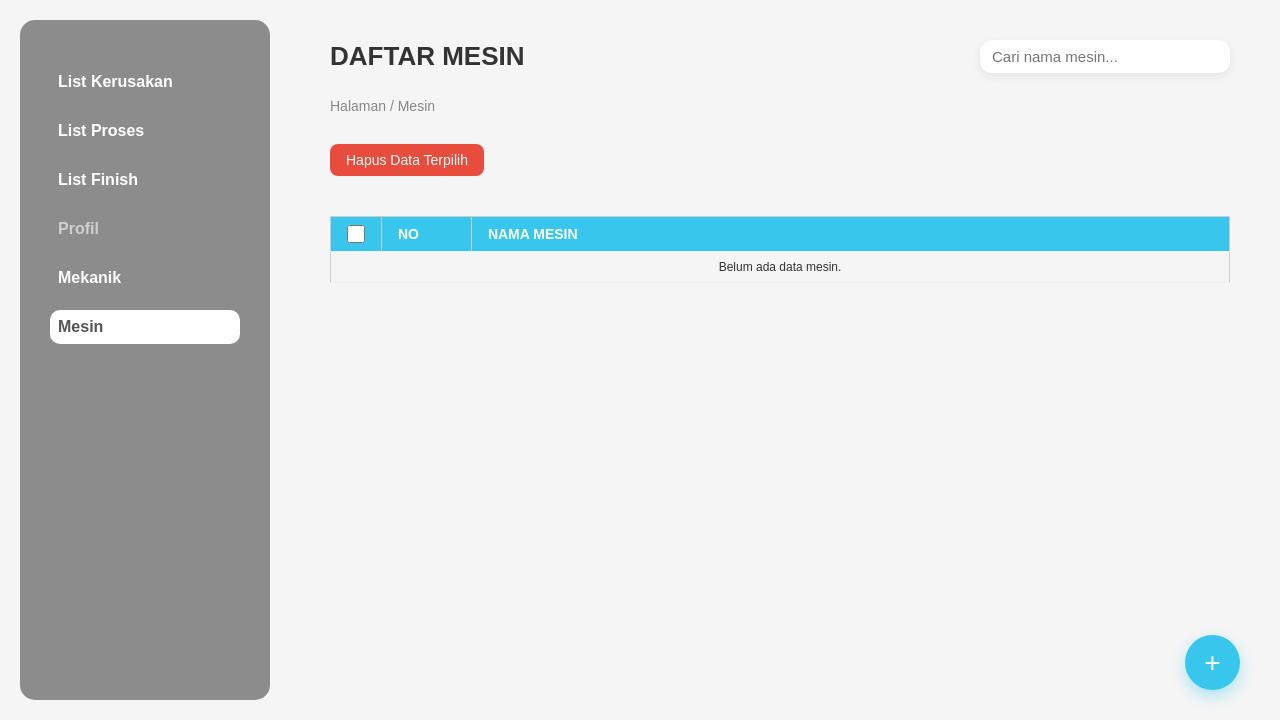
Repository: 1rHub/maintenance
Page: http://localhost/mesin.php
These files come from the project's save history. The page is drawn as it stood at one moment and after a run of saves; the edit follows.
The browser window is 1280 px wide. The pictures show the whole page.
The page is run by PHP 8.4 with error messages shown; the project is at /var/www/html/. Queries for data that is not in the repository find no rows.

Above is the page before, as saved 2025-10-21 15:12:13.

### mesin.php
<?php
include "koneksi.php";
include "sidebar.php";

// === Tambah Mesin ===
if ($_SERVER["REQUEST_METHOD"] === "POST" && isset($_POST["tambah_mesin"])) {
    $nama = trim($_POST["nama_mesin"]);
    if ($nama !== "") {
        mysqli_query($conn, "INSERT INTO mesin (nama_mesin) VALUES ('$nama')");
    }
    header("Location: mesin.php");
    exit;
}

// === Hapus Mesin (multi delete) ===
if ($_SERVER["REQUEST_METHOD"] === "POST" && isset($_POST["hapus_laporan"])) {
    if (!empty($_POST["selected_id"])) {
        $ids = implode(",", array_map('intval', $_POST["selected_id"]));
        mysqli_query($conn, "DELETE FROM mesin WHERE id IN ($ids)");
    }
    header("Location: mesin.php");
    exit;
}

// === Ambil Semua Mesin ===
$result = mysqli_query($conn, "SELECT * FROM mesin ORDER BY id ASC");
$mesin_list = mysqli_fetch_all($result, MYSQLI_ASSOC);
?>
<!DOCTYPE html>
<html lang="id">

<head>
    <meta charset="UTF-8">
    <title>Data Mesin</title>
    <link rel="stylesheet" href="assets/css/style.css">
    <style>
        body {
            font-family: 'Poppins', sans-serif;
        }

        /* === MAIN CONTAINER === */
        .main-container {
            margin-left: 30px;
            padding: 40px 10px 80px;
            overflow-x: hidden;
        }

        #mesinTable {
            width: 100%;
            min-width: 900px;
            table-layout: auto;
        }

        .header-row {
            display: flex;
            align-items: center;
            justify-content: space-between;
            margin-bottom: 25px;
        }

        h1 {
            font-size: 26px;
            font-weight: 700;
            color: #333;
            margin: 0;
        }

        .breadcrumb {
            color: #888;
            font-size: 14px;
            margin-bottom: 30px;
        }

        /* === SEARCH BOX === */
        .search-box {
            display: flex;
            align-items: center;
            background: #fff;
            border-radius: 12px;
            box-shadow: 0 3px 10px rgba(0, 0, 0, 0.08);
            padding: 8px 12px;
            width: 250px;
        }

        .search-box input {
            flex: 1;
            border: none;
            outline: none;
            background: transparent;
            font-size: 15px;
        }

        .table {
            width: 100%;
            border-collapse: collapse;
            table-layout: fixed;
            min-width: 700px;
        }

        th,
        td {
            padding: 8px 16px;
            border-bottom: 1px solid #eee;
        }

        th {
            background: #39c6ed;
            color: white;
            text-transform: uppercase;
            font-size: 14px;
        }

        td {
            color: #333;
            font-weight: 500;
        }

        /* === CHECKBOX === */
        input[type="checkbox"] {
            width: 18px;
            height: 18px;
            cursor: pointer;
        }

        /* === BUTTON HAPUS DI LUAR TABEL === */
        .hapus-btn {
            background: #e74c3c;
            color: #fff;
            border: none;
            padding: 8px 16px;
            border-radius: 8px;
            font-size: 14px;
            cursor: pointer;
            transition: 0.2s;
            margin-bottom: 20px;
        }

        .hapus-btn:hover {
            background: #c0392b;
            transform: scale(1.05);
        }

        /* === FLOATING ADD BUTTON === */
        .float-btn {
            position: fixed;
            bottom: 30px;
            right: 40px;
            background-color: #39c6ed;
            color: #fff;
            font-size: 28px;
            width: 55px;
            height: 55px;
            border-radius: 50%;
            border: none;
            box-shadow: 0 6px 15px rgba(57, 198, 237, 0.4);
            cursor: pointer;
            transition: 0.3s ease;
        }

        .float-btn:hover {
            background-color: #2da8cf;
            transform: scale(1.1);
        }

        .popup {
            display: none;
            position: fixed;
            top: 0;
            left: 0;
            width: 100%;
            height: 100%;
            background: rgba(0, 0, 0, 0.4);
            justify-content: center;
            align-items: center;
            z-index: 999;
        }

        .popup-content {
            background: #fff;
            border-radius: 12px;
            padding: 20px 30px;
            box-shadow: 0 5px 15px rgba(0, 0, 0, 0.2);
            animation: fadeIn 0.2s ease;
        }

        .close-btn2 {
            float: right;
            font-size: 22px;
            cursor: pointer;
        }

        .popup-content form input[type="text"] {
            width: 100%;
            padding: 10px;
            margin-bottom: 12px;
            border: 1px solid #ccc;
            border-radius: 6px;
        }

        .popup-content button {
            background: #39c6ed;
            color: #fff;
            border: none;
            padding: 8px 16px;
            border-radius: 6px;
            cursor: pointer;
        }

        .popup-content button:hover {
            background: #2da8cf;
        }

        /* === POPUP TAMBAH MESIN === */
        #popupTambah .popup-content {
            width: 400px;
            max-width: 90%;
        }

        /* === POPUP RIWAYAT MESIN === */
        #popupRiwayatMesin .popup-content {
            width: 90%;
            max-width: 1100px;
            /* bisa kamu ubah ke 1000–1200px sesuai selera */
            overflow-x: auto;
            max-height: 85vh;
        }

        #popupRiwayatMesin table {
            width: 100%;
            border-collapse: collapse;
            margin-top: 10px;
        }

        #popupRiwayatMesin th,
        #popupRiwayatMesin td {
            padding: 8px 10px;
            border-bottom: 1px solid #eee;
            text-align: left;
        }

        #popupRiwayatMesin th {
            background: #39c6ed;
            color: #fff;
            font-size: 14px;
            text-transform: uppercase;
        }
    </style>
</head>

<body>
    <div class="main-container">

        <!-- === HEADER ROW === -->
        <div class="header-row">
            <h1>DAFTAR MESIN</h1>
            <div class="search-box">
                <input type="text" id="searchMesin" placeholder="Cari nama mesin...">
            </div>
        </div>
        <p class="breadcrumb">Halaman / Mesin</p>

        <!-- === BUTTON HAPUS DI LUAR TABEL === -->
        <form method="POST" id="formHapus">
            <button type="button" class="hapus-btn" onclick="showHapusPopup()">Hapus Data Terpilih</button>

            <div class="table-wrapper">
                <table id="mesinTable" class="table">
                    <thead>
                        <tr>
                            <th style="width:5%; text-align:center;"><input type="checkbox" id="selectAll"></th>
                            <th style="width:10%;">No</th>
                            <th>Nama Mesin</th>
                        </tr>
                    </thead>
                    <tbody>
                        <?php if (count($mesin_list) > 0): ?>
                            <?php $no = 1;
                            foreach ($mesin_list as $m): ?>
                                <tr class="data-row">
                                    <td style="text-align:center;">
                                        <input type="checkbox" name="selected_id[]" value="<?= $m['id'] ?>">
                                    </td>
                                    <td><?= $no++ ?></td>
                                    <td>
                                        <a href="#" onclick="openRiwayatMesin('<?= htmlspecialchars($m['nama_mesin']) ?>')">
                                            <?= htmlspecialchars($m['nama_mesin']) ?>
                                        </a>
                                    </td>
                                </tr>
                            <?php endforeach; ?>
                        <?php else: ?>
                            <tr>
                                <td colspan="3" style="text-align:center;">Belum ada data mesin.</td>
                            </tr>
                        <?php endif; ?>
                    </tbody>
                </table>
            </div>
        </form>

    </div>

    <!-- ➕ Floating Add Button -->
    <button class="float-btn" onclick="openTambahPopup()">+</button>

    <!-- === POPUP TAMBAH (SAMA SEPERTI KODEMU) === -->
    <div class="popup" id="popupTambah">
        <div class="popup-content">
            <span class="close-btn2" onclick="closeTambahPopup()">&times;</span>
            <h2>Tambah Mesin Baru</h2>
            <form method="POST">
                <input type="text" name="nama_mesin" placeholder="Nama mesin baru" required>
                <button type="submit" name="tambah_mesin">Tambah</button>
            </form>
        </div>
    </div>

    <!-- === POPUP RIWAYAT (SAMA SEPERTI KODEMU) === -->
    <div class="popup" id="popupRiwayatMesin">
        <div class="popup-content" style="max-width:900px;">
            <span class="close-btn2" onclick="closeRiwayatMesin()">&times;</span>
            <h2 id="riwayatMesinTitle">Riwayat Mesin</h2>
            <table>
                <thead>
                    <tr>
                        <th>Tanggal</th>
                        <th>Pelapor</th>
                        <th>Divisi</th>
                        <th>Keterangan</th>
                        <th>Mekanik</th>
                        <th>Pesan Mekanik</th>
                        <th>Kategori</th>
                    </tr>
                </thead>
                <tbody id="riwayatMesinTable">
                    <tr>
                        <td colspan="7" style="text-align:center;">Pilih mesin untuk melihat riwayat.</td>
                    </tr>
                </tbody>
            </table>
        </div>
    </div>

    <!-- === POPUP KONFIRMASI HAPUS === -->
    <div class="popup" id="popupHapus">
        <div class="popup-content" style="width:380px; text-align:center;">
            <h3 style="margin-bottom:15px;">Konfirmasi Hapus</h3>
            <p style="color:#555; margin-bottom:25px;">Apakah kamu yakin ingin menghapus data mesin terpilih?</p>
            <div style="display:flex; justify-content:center; gap:15px;">
                <button onclick="closeHapusPopup()"
                    style="background:#ccc; border:none; color:#333; padding:8px 14px; border-radius:6px; cursor:pointer;">Batal</button>
                <button id="btnHapusYa"
                    style="background:#e74c3c; border:none; color:white; padding:8px 14px; border-radius:6px; cursor:pointer;">Ya,
                    Hapus</button>
            </div>
        </div>
    </div>


    <script>
        // === SELECT ALL CHECKBOX ===
        document.getElementById('selectAll').addEventListener('change', function () {
            const checkboxes = document.querySelectorAll('input[name="selected_id[]"]');
            checkboxes.forEach(cb => cb.checked = this.checked);
        });

        // === LIVE SEARCH ===
        document.getElementById('searchMesin').addEventListener('input', function () {
            const query = this.value.toLowerCase();
            const rows = document.querySelectorAll('#mesinTable tbody tr.data-row');
            let visible = 0;
            rows.forEach(row => {
                const nama = row.cells[2].textContent.toLowerCase();
                if (nama.includes(query)) {
                    row.style.display = '';
                    visible++;
                } else {
                    row.style.display = 'none';
                }
            });

            const tbody = document.querySelector('#mesinTable tbody');
            let emptyRow = document.getElementById('noResultRow');
            if (visible === 0) {
                if (!emptyRow) {
                    emptyRow = document.createElement('tr');
                    emptyRow.id = 'noResultRow';
                    emptyRow.innerHTML = `<td colspan="3" style="text-align:center; height:60px; color:#888;">Tidak ada mesin yang cocok.</td>`;
                    tbody.appendChild(emptyRow);
                }
            } else if (emptyRow) {
                emptyRow.remove();
            }
        });

        // === POPUP TAMBAH MESIN ===
        function openTambahPopup() {
            document.getElementById('popupTambah').style.display = 'flex';
        }

        function closeTambahPopup() {
            document.getElementById('popupTambah').style.display = 'none';
        }

        // === POPUP RIWAYAT MESIN ===
        function openRiwayatMesin(nama) {
            document.getElementById('riwayatMesinTitle').textContent = "Riwayat Mesin: " + nama;
            document.getElementById('popupRiwayatMesin').style.display = 'flex';
        }

        function closeRiwayatMesin() {
            document.getElementById('popupRiwayatMesin').style.display = 'none';
        }

        // === POPUP VALIDASI HAPUS ===
        function showHapusPopup() {
            const checkboxes = document.querySelectorAll('input[name="selected_id[]"]:checked');
            if (checkboxes.length === 0) {
                alert("Pilih minimal satu data mesin untuk dihapus.");
                return;
            }
            document.getElementById('popupHapus').style.display = 'flex';
        }

        function closeHapusPopup() {
            document.getElementById('popupHapus').style.display = 'none';
        }

        document.getElementById('btnHapusYa').addEventListener('click', function () {
            document.getElementById('formHapus').submit();
        });

    </script>

</body>

</html>

### koneksi.php
<?php
$host = "localhost";
$user = "root";
$pass = "";
$db   = "db_laporan";

$conn = new mysqli($host, $user, $pass, $db);

if ($conn->connect_error) {
    die("Koneksi gagal: " . $conn->connect_error);
}
?>

### sidebar.php
<?php

$current_page = basename($_SERVER['PHP_SELF']);
?>

<head>
    <link rel="stylesheet" href="assets/css/style.css">
</head>
<div class="sidebar">
    <ul class="menu">
        <li>
            <a href="dashboard_laporan.php" class="<?= $current_page == 'dashboard_laporan.php' ? 'active' : '' ?>">
                List Kerusakan
            </a>
        </li>
        <li>
            <a href="list_proses.php" class="<?= $current_page == 'list_proses.php' ? 'active' : '' ?>">
                List Proses
            </a>
        </li>
        <li>
            <a href="list_finish.php" class="<?= $current_page == 'list_finish.php' ? 'active' : '' ?>">
                List Finish
            </a>
        </li>
        <li>
            <a href="#" class="disabled">Profil</a>
        </li>
        <li>
            <a href="mekanik.php" class="<?= $current_page == 'mekanik.php' ? 'active' : '' ?>">
                Mekanik
            </a>
        </li>
        <li>
            <a href="mesin.php" class="<?= $current_page == 'mesin.php' ? 'active' : '' ?>">
                Mesin
            </a>
        </li>
    </ul>
    <?php if ($current_page == 'dashboard_laporan.php'): ?>
        <button class="register-btn" onclick="openPopup()">Registrasi Laporan</button>
    <?php endif; ?>
</div>

### assets/css/style.css
* {
	margin: 0;
	padding: 0;
	box-sizing: border-box;
}

body {
	font-family: -apple-system, BlinkMacSystemFont, 'Segoe UI', Roboto, Oxygen, Ubuntu, Cantarell, sans-serif;
	background-color: #f5f5f5;
	display: flex;
	height: 100vh;
}

.sidebar {
	width: 250px;
	background-color: #8c8c8c;
	padding: 30px;
	display: flex;
	flex-direction: column;
	justify-content: space-between;
	border-radius: 15px;
	margin: 20px;
}

.menu {
	list-style: none;
}

.menu li {
	margin: 15px 0;
}

.menu a {
	text-decoration: none;
	font-weight: bold;
	font-size: 16px;
	color: white;
	display: block;
	padding: 8px 8px;
	border-radius: 10px;
}

.menu a.active {
	background-color: white;
	color: #555;
}

.menu a.disabled {
	color: #cfcfcf;
	pointer-events: none;
}

.register-btn {
	background-color: white;
	border: none;
	padding: 10px;
	border-radius: 10px;
	font-weight: bold;
	cursor: pointer;
}

.main-content {
	flex: 1;
	padding: 40px;
}

.main-content h1 {
	font-size: 28px;
	font-weight: bold;
}

.main-content2 {
	margin-bottom: 38px;
}

.breadcrumb {
	margin-top: 5px;
	color: gray;
}

 /* silang pada Detail Laporan */
.popup {
  display: none;
  position: fixed;
  top: 0; left: 0;
  width: 100%;
  height: 100%;
  background: rgba(0,0,0,0.5);
  justify-content: center;
  align-items: center;
  z-index: 1000;
}

.popup-content {
  background: #fff;
  padding: 20px;
  border-radius: 12px;
  width: 400px;
  position: relative;
}

.close-btn {
	float: right;
    position: absolute;
    top: 40px;
    right: 40px;
    font-weight: bold;
	font-size: 25px;
    color: #909090;
    cursor: pointer;
    z-index: 10000; /* pastikan di atas semua isi popup */
}

.close-btn:hover {
    color: #000;
}

.popup-content h2 {
	margin-bottom: 15px;
}

.popup-content label {
	display: block;
	margin-top: 10px;
	font-weight: bold;
}

.popup-content input,
.popup-content select,
.popup-content textarea {
	width: 100%;
	padding: 8px;
	margin-top: 5px;
	border-radius: 5px;
	border: 1px solid #ccc;
}

.popup-content button {
	margin-top: 15px;
	padding: 10px;
	border: none;
	border-radius: 8px;
	background: #8c8c8c;
	color: white;
	font-weight: bold;
	cursor: pointer;
}

.hapus-float-btn {
	position: fixed;
	bottom: 25px;
	right: 25px;
	background-color: #e74c3c;
	color: white;
	padding: 12px 18px;
	border: none;
	border-radius: 8px;
	cursor: pointer;
	font-size: 15px;
	box-shadow: 0 4px 12px rgba(0, 0, 0, 0.2);
	transition: all 0.25s ease;
	z-index: 1000;
}

.hapus-float-btn:hover {
	background-color: #c0392b;
	transform: scale(1.05);
}

table {
	font-size: 12px;
	margin-top: 20px;
	width: 100%;
	border-collapse: collapse;
}

table thead {
	background: #39c6ed;
}

table,
th,
td {
	border: 1px solid #ccc;
}

th,
td {
	padding: 10px;
	text-align: left;
}

.filter {
	display: flex;
	align-items: center;
	gap: 15px;
	margin-top: 20px;
	margin-bottom: 15px;
}

.filter label {
	font-weight: bold;
}

.filter input[type="date"],
.filter select {
	padding: 5px 10px;
	border: 1px solid #ccc;
	border-radius: 6px;
	cursor: pointer;
}

.filter button {
	background-color: #39c6ed;
	color: white;
	border: none;
	border-radius: 6px;
	padding: 6px 12px;
	cursor: pointer;
	transition: 0.2s;
}

.filter button:hover {
	background-color: #666;
}

.success {
	color: green;
	font-weight: bold;
	margin-top: 10px;
}

.warning {

	color: #ff0000;
	font-weight: bold;
	margin-top: 10px;
}

.kategori {
	font-weight: bold;
	padding: 6px;
	border-radius: 6px;
	color: #fff;
	text-align: center;
}

.kategori.biasa {
	display: list-item;
	margin-top: 3px;
	color: #29b513;

}

.kategori.sedang {
	display: list-item;
	margin-top: 3px;
	color: #efae15;
}

.kategori.urgent {
	display: list-item;
	margin-top: 3px;
	color: #e74c3c;
}

#laporanTable a {
	color: inherit;
	text-decoration: none;
	cursor: pointer;
}

@keyframes fadeIn {
	from {
		opacity: 0;
		transform: scale(0.9);
	}

	to {
		opacity: 1;
		transform: scale(1);
	}
}

a {
	color: inherit;
	text-decoration: none;
}

a:hover {
	text-decoration: underline;
}

.mekanik-list {
	display: flex;
	flex-direction: column;
	gap: 8px;
	margin-top: 10px;
}

.mekanik-item {
	display: flex;
	align-items: center;
	gap: 10px;
}

.mekanik-item label {
	font-weight: 400;
	color: #000000;
	cursor: pointer;
}

.mekanik-item input[type="checkbox"] {
	width: 18px;
	height: 18px;
	accent-color: #555;
	cursor: pointer;
}

.header-container {
	display: flex;
	justify-content: space-between;
	align-items: center;
}

.menu-opsi {
	position: relative;
	display: inline-block;
}

.menu-btn {
	background: none;
	border: none;
	font-size: 22px;
	cursor: pointer;
	padding: 5px;
	color: #333;
}

.dropdown-menu {
	display: none;
	position: absolute;
	right: 0;
	top: 30px;
	background-color: white;
	border: 1px solid #ddd;
	border-radius: 6px;
	box-shadow: 0 5px 15px rgba(0, 0, 0, 0.1);
	z-index: 100;
	width: 180px;
}

.dropdown-menu button {
	width: 100%;
	border: none;
	background: none;
	padding: 10px;
	text-align: left;
	cursor: pointer;
	font-size: 14px;
}

.dropdown-menu button:hover {
	background-color: #f0f0f0;
}

.status.ditunda {
	font-style: italic;
}

.temp-alert {
	position: fixed;
	top: 80px;
	right: 30px;
	background-color: 1;
	color: #2c3e50;
	padding: 12px 20px;
	border-radius: 6px;
	box-shadow: 0 4px 10px rgba(0, 0, 0, 0.15);
	font-size: 14px;
	z-index: 2000;
	opacity: 1;
	transition: opacity 0.5s ease;
}

/* Warna untuk jenis alert berbeda */
.temp-alert.warning {
	color: rgb(255, 196, 0);
}

.temp-alert.success {
	background-color: #27ae60;
	color: white;
}

.temp-alert.error {
	background-color: #e74c3c;
	color: white;
}

.temp-alert.info {
	background-color: #3498db;
	color: white;
}

.laporan-header {
	text-align: center;
	margin-bottom: 20px;
}

.laporan-header img {
	width: 250px;
	height: auto;
	margin-bottom: 10px;
}

.laporan-header h2 {
	margin: 0;
	font-size: 15px;
	color: #333;
}

.filter {
	margin-bottom: 15px;
}

/* Sembunyikan elemen ini saat mencetak */
@media print {

	.filter,
	.menu-opsi,
	.sidebar {
		display: none !important;
	}

	.main-content {
		margin-left: 0;
	}
}

#noData {
	display: none;
	text-align: center;
	color: #000000ff;
	font-size: 12px;
	margin-top: 30px;
}

body { font-family: Arial, sans-serif; }
        .mekanik-container { margin-left: 220px; padding: 20px; }
        .mekanik-list {
            display: grid;
            grid-template-columns: repeat(auto-fill, minmax(220px, 1fr));
            gap: 16px;
            margin-top: 20px;
        }
        .mekanik-card {
            background: white;
            border-radius: 10px;
            box-shadow: 0 5px 15px rgba(0,0,0,0.1);
            padding: 16px;
            text-align: center;
            transition: 0.3s;
            cursor: pointer;
        }
        .mekanik-card:hover {
            background: #39c6ed;
            color: white;
            transform: translateY(-3px);
        }
        .editable {
            border: none;
            background: transparent;
            text-align: center;
            width: 100%;
            font-size: 16px;
            font-weight: 500;
            outline: none;
            cursor: pointer;
        }
        .float-btn {
            position: fixed;
            bottom: 25px;
            right: 25px;
            background: #39c6ed;
            color: white;
            border: none;
            border-radius: 50%;
            width: 55px;
            height: 55px;
            font-size: 28px;
            cursor: pointer;
            box-shadow: 0 5px 15px rgba(0,0,0,0.3);
        }
        .popup {
            display: none;
            position: fixed;
            top: 0; left: 0;
            width: 100%; height: 100%;
            background-color: rgba(0,0,0,0.4);
            justify-content: center;
            align-items: center;
            z-index: 999;
        }
        .popup-content {
            background: white;
            padding: 35px;
            border-radius: 10px;
            width: 550px;
            max-height: 85vh;
            overflow-y: auto;
            animation: fadeIn 0.3s ease;
        }
        @keyframes fadeIn {
            from { opacity: 0; transform: translateY(-10px); }
            to { opacity: 1; transform: translateY(0); }
        }
        .popup-content table {
            width: 100%;
            border-collapse: collapse;
        }
        .popup-content th, .popup-content td {
            border: 1px solid #ccc;
            padding: 8px;
            text-align: center;
        }
        .btn-row {
            margin-top: 20px;
            display: flex;
            justify-content: flex-end;
            gap: 10px;
        }
        .hapus-btn {
            background: #e74c3c !important;
            border: none;
            color: white;
            padding: 8px 16px;
            border-radius: 6px;
            cursor: pointer;
            font-size: 15px;
        }
        .edit-btn {
            background: #39c6ed !important;
            border: none;
            color: white;
            padding: 8px 16px;
            border-radius: 6px;
            cursor: pointer;
            font-size: 15px;
        }
        .close-btn { float: right; cursor: pointer; font-size: 20px; }
        #editNamaInput {
            display: none;
            width: 80%;
            padding: 6px;
            margin-top: 8px;
            border-radius: 5px;
            border: 1px solid #ccc;
            text-align: center;
        }

After the next 3 saves:
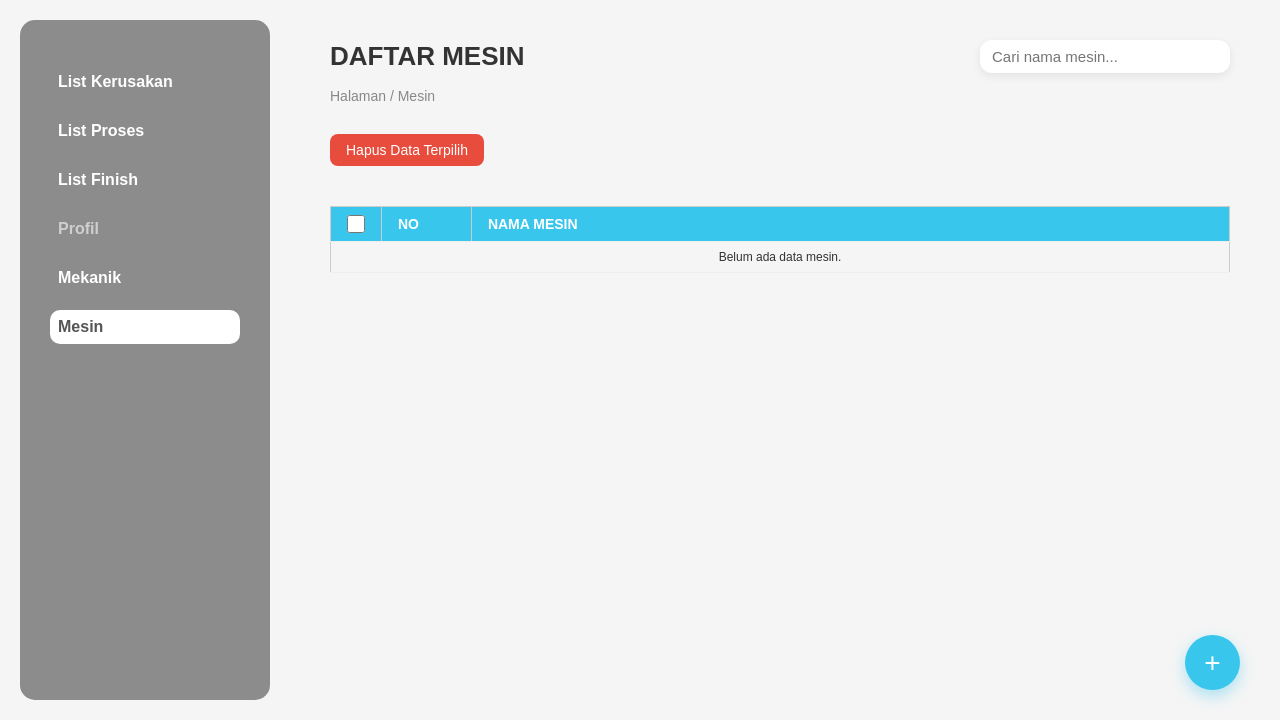
The 3 saves are shown as one change because they came seconds apart.
The last was saved 10 s later.
--- a/mesin.php
+++ b/mesin.php
@@ -69,6 +69,7 @@ $mesin_list = mysqli_fetch_all($result, MYSQLI_ASSOC);
             color: #888;
             font-size: 14px;
             margin-bottom: 30px;
+            margin-top: -10px;
         }
 
         /* === SEARCH BOX === */
